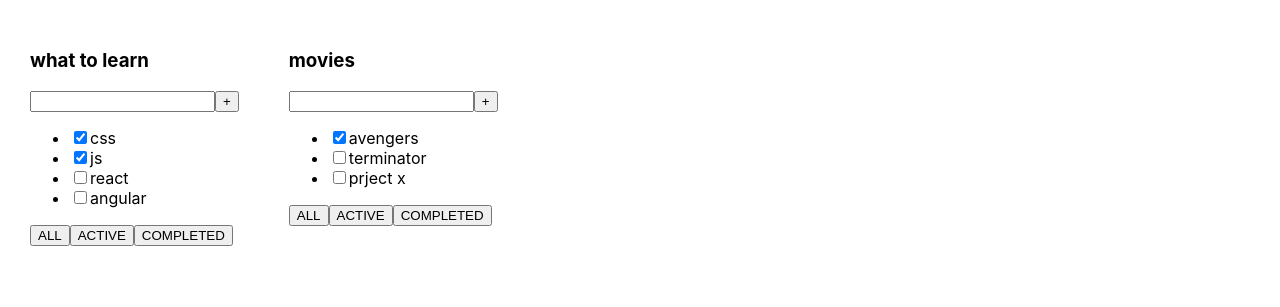
Repository: Grid-Master/myTrello
Page: /
These files come from the project's save history. The page is drawn as it stood at one moment and after the next save; the edit follows.
The browser window is 1280 px wide. The pictures show the whole page.
The project was rebuilt for these pictures with package versions that can differ from the ones it lists, and the page was loaded fresh each time.

Above is the page before, as saved 2023-01-24 21:52:00.

After the next save:
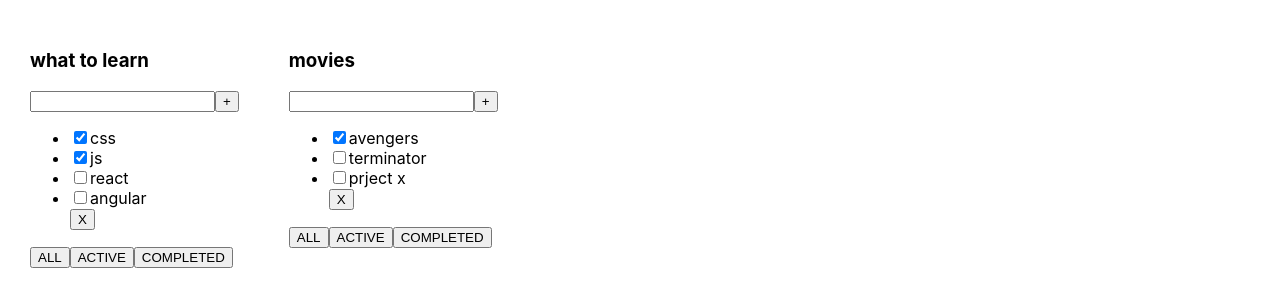
Saved 7 min 15 s later.
--- a/src/Todolist.tsx
+++ b/src/Todolist.tsx
@@ -23,6 +23,7 @@ const Todolist = (props:Props) => {
             {
                 props.tasks.map((task) => <li key={task.id}><input type='checkbox' checked={task.isDone} /><span>{task.title}</span></li> )
             }
+            <button onClick={alert(4)}>X</button>
         </ul>
         <div>
             <button>ALL</button>
